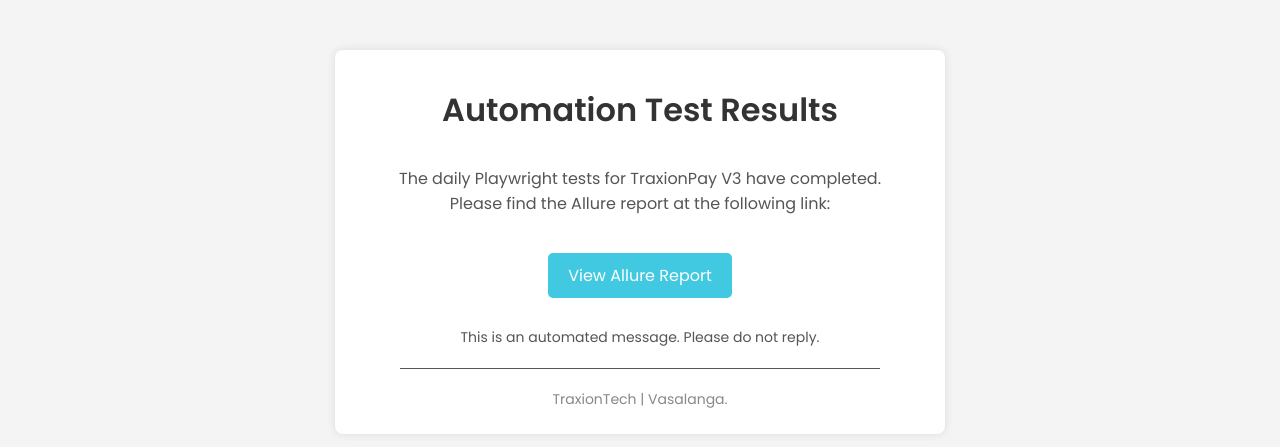
Repository: jmendozaqa24/TraxionPay-V3
Page: template.html
The author's editor kept a copy of each file at every save. The page is drawn from the files as they stood at one save, then again after the next save.
The browser window is 1280 px wide. The pictures show the whole page.

Above is the page before, as saved 2025-02-14 13:12:37.

After the next save:
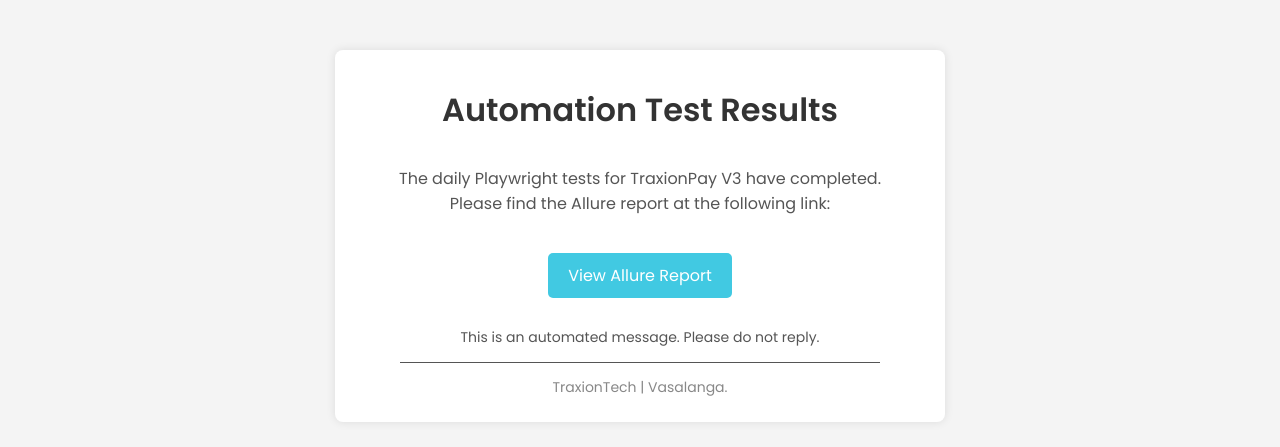
Saved 38 s later.
--- a/template.html
+++ b/template.html
@@ -23,7 +23,7 @@
                     <div style="text-align: center; padding-top: 15px; font-size: 14px; color: #555555;">
                         <p>This is an automated message. Please do not reply.</p>
                     </div>
-                    <hr style="border: none; border-top: 0.1px solid #555555; width: 80%; margin: 20px auto;">
+                    <hr style="border: none; border-top: 0.1px solid #555555; width: 80%; margin: 5px auto;">
                     <div style="text-align: center;  padding-bottom: 5px; font-size: 14px; color: #888888;">
                         <p>TraxionTech | Vasalanga.</p>
                     </div>

After the save that followed:
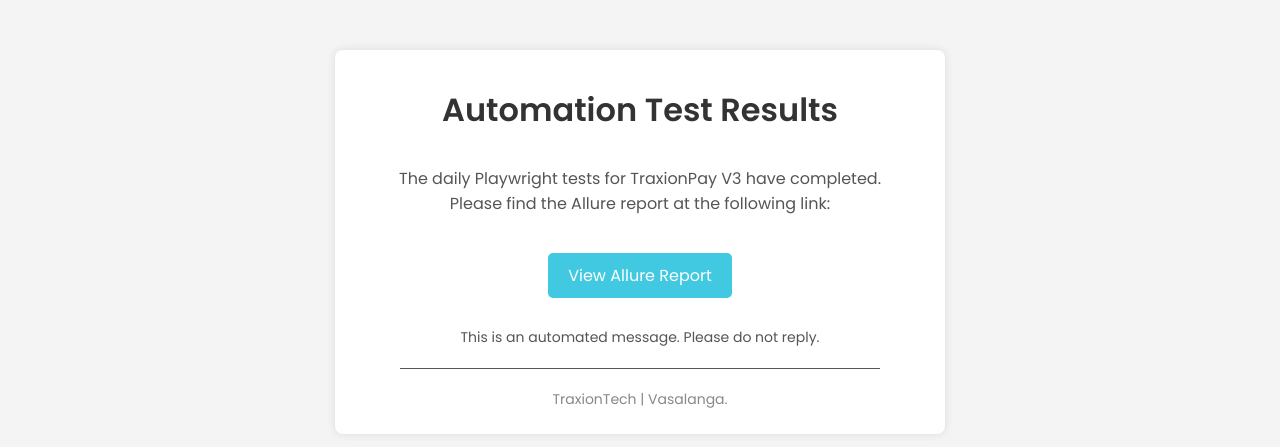
Saved 5 s later.
--- a/template.html
+++ b/template.html
@@ -23,7 +23,7 @@
                     <div style="text-align: center; padding-top: 15px; font-size: 14px; color: #555555;">
                         <p>This is an automated message. Please do not reply.</p>
                     </div>
-                    <hr style="border: none; border-top: 0.1px solid #555555; width: 80%; margin: 5px auto;">
+                    <hr style="border: none; border-top: 0.1px solid #555555; width: 80%; margin: 20px auto;">
                     <div style="text-align: center;  padding-bottom: 5px; font-size: 14px; color: #888888;">
                         <p>TraxionTech | Vasalanga.</p>
                     </div>
